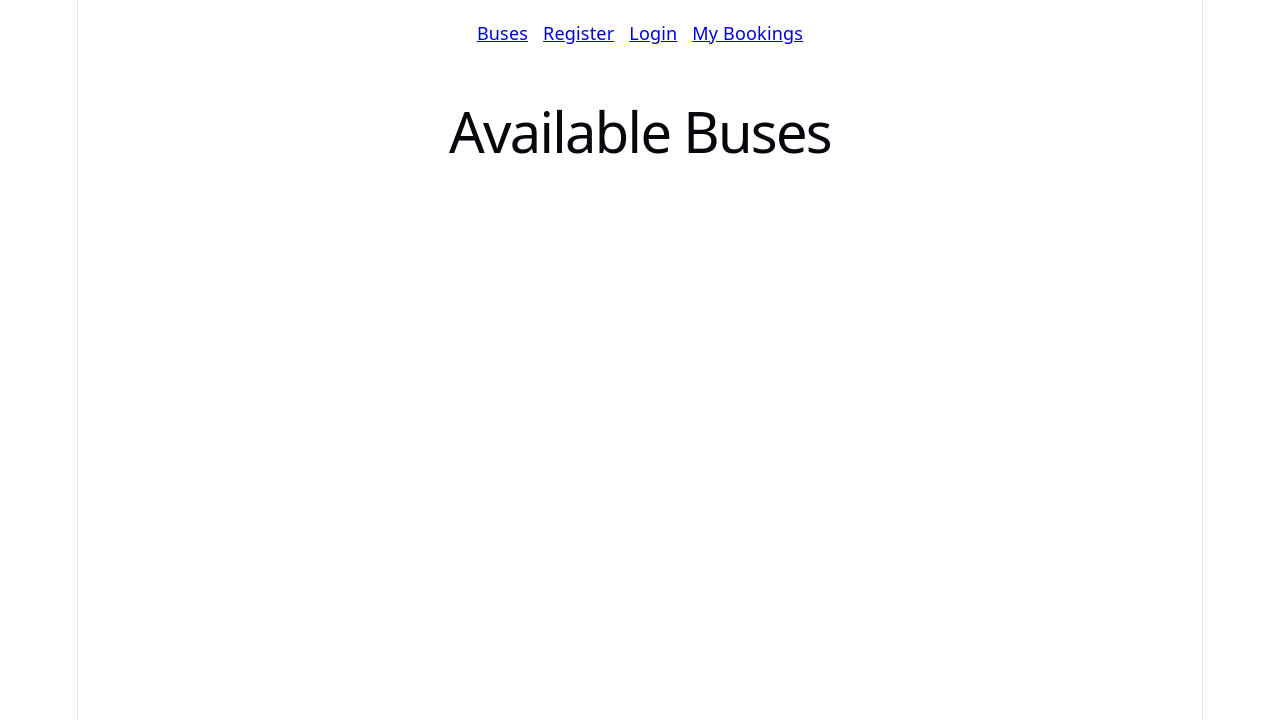
Repository: Eswarabhinay06/Bus-Reservation-System
Page: / (app in AIML-09-Bus-Reservation-System-main/bus-reservation-frontend/)
The author's editor kept a copy of each file at every save. The page is drawn from the files as they stood at one save, then again after the next save.
The browser window is 1280 px wide. The pictures show the whole page.
The page's requests for data from a server got no answer. The project was rebuilt for these pictures with package versions that can differ from the ones it lists, and the page was loaded fresh each time. No one was signed in, and anything a server would have sent is missing. Also part of the build but not shown: AIML-09-Bus-Reservation-System-main/bus-reservation-frontend/vite.config.js, AIML-09-Bus-Reservation-System-main/bus-reservation-frontend/src/pages/Register.jsx, AIML-09-Bus-Reservation-System-main/bus-reservation-frontend/src/pages/Login.jsx, AIML-09-Bus-Reservation-System-main/bus-reservation-frontend/src/pages/MyBookings.jsx.

Above is the page before, as saved 2026-07-13 14:39:38.

### AIML-09-Bus-Reservation-System-main/bus-reservation-frontend/index.html
<!doctype html>
<html lang="en">
  <head>
    <meta charset="UTF-8" />
    <link rel="icon" type="image/svg+xml" href="/favicon.svg" />
    <meta name="viewport" content="width=device-width, initial-scale=1.0" />
    <title>bus-reservation-frontend</title>
  </head>
  <body>
    <div id="root"></div>
    <script type="module" src="/src/main.jsx"></script>
  </body>
</html>

### AIML-09-Bus-Reservation-System-main/bus-reservation-frontend/src/index.css
:root {
  --text: #6b6375;
  --text-h: #08060d;
  --bg: #fff;
  --border: #e5e4e7;
  --code-bg: #f4f3ec;
  --accent: #aa3bff;
  --accent-bg: rgba(170, 59, 255, 0.1);
  --accent-border: rgba(170, 59, 255, 0.5);
  --social-bg: rgba(244, 243, 236, 0.5);
  --shadow:
    rgba(0, 0, 0, 0.1) 0 10px 15px -3px, rgba(0, 0, 0, 0.05) 0 4px 6px -2px;

  --sans: system-ui, 'Segoe UI', Roboto, sans-serif;
  --heading: system-ui, 'Segoe UI', Roboto, sans-serif;
  --mono: ui-monospace, Consolas, monospace;

  font: 18px/145% var(--sans);
  letter-spacing: 0.18px;
  color-scheme: light dark;
  color: var(--text);
  background: var(--bg);
  font-synthesis: none;
  text-rendering: optimizeLegibility;
  -webkit-font-smoothing: antialiased;
  -moz-osx-font-smoothing: grayscale;

  @media (max-width: 1024px) {
    font-size: 16px;
  }
}

@media (prefers-color-scheme: dark) {
  :root {
    --text: #9ca3af;
    --text-h: #f3f4f6;
    --bg: #16171d;
    --border: #2e303a;
    --code-bg: #1f2028;
    --accent: #c084fc;
    --accent-bg: rgba(192, 132, 252, 0.15);
    --accent-border: rgba(192, 132, 252, 0.5);
    --social-bg: rgba(47, 48, 58, 0.5);
    --shadow:
      rgba(0, 0, 0, 0.4) 0 10px 15px -3px, rgba(0, 0, 0, 0.25) 0 4px 6px -2px;
  }

  #social .button-icon {
    filter: invert(1) brightness(2);
  }
}

body {
  margin: 0;
}

#root {
  width: 1126px;
  max-width: 100%;
  margin: 0 auto;
  text-align: center;
  border-inline: 1px solid var(--border);
  min-height: 100svh;
  display: flex;
  flex-direction: column;
  box-sizing: border-box;
}

h1,
h2 {
  font-family: var(--heading);
  font-weight: 500;
  color: var(--text-h);
}

h1 {
  font-size: 56px;
  letter-spacing: -1.68px;
  margin: 32px 0;
  @media (max-width: 1024px) {
    font-size: 36px;
    margin: 20px 0;
  }
}
h2 {
  font-size: 24px;
  line-height: 118%;
  letter-spacing: -0.24px;
  margin: 0 0 8px;
  @media (max-width: 1024px) {
    font-size: 20px;
  }
}
p {
  margin: 0;
}

code,
.counter {
  font-family: var(--mono);
  display: inline-flex;
  border-radius: 4px;
  color: var(--text-h);
}

code {
  font-size: 15px;
  line-height: 135%;
  padding: 4px 8px;
  background: var(--code-bg);
}

### AIML-09-Bus-Reservation-System-main/bus-reservation-frontend/src/App.jsx
import { BrowserRouter, Routes, Route, Link } from "react-router-dom";
import SearchBus from "./pages/SearchBus";
import Register from "./pages/Register";
import Login from "./pages/Login";
import MyBookings from "./pages/MyBookings";

function App() {
  return (
    <BrowserRouter>
      <div style={{ padding: "20px" }}>
        <nav style={{ marginBottom: "20px" }}>
          <Link to="/" style={{ marginRight: "15px" }}>Buses</Link>
          <Link to="/register" style={{ marginRight: "15px" }}>Register</Link>
          <Link to="/login" style={{ marginRight: "15px" }}>Login</Link>
          <Link to="/my-bookings">My Bookings</Link>
        </nav>

        <Routes>
          <Route path="/" element={<SearchBus />} />
          <Route path="/register" element={<Register />} />
          <Route path="/login" element={<Login />} />
          <Route path="/my-bookings" element={<MyBookings />} />
        </Routes>
      </div>
    </BrowserRouter>
  );
}

export default App;

### AIML-09-Bus-Reservation-System-main/bus-reservation-frontend/src/pages/SearchBus.jsx
import { useEffect, useState } from "react";
import api from "../services/api";

function SearchBus() {
  const [buses, setBuses] = useState([]);

  // Fetch all buses
  const fetchBuses = async () => {
    try {
      const response = await api.get("/buses");
      setBuses(response.data);
    } catch (error) {
      console.error(error);
      alert("Failed to fetch buses");
    }
  };

  // Load buses when page opens
  useEffect(() => {
    fetchBuses();
  }, []);

  // Book a ticket
  const bookTicket = async (busId) => {
    const user = JSON.parse(localStorage.getItem("user"));

    if (!user) {
      alert("Please login first!");
      return;
    }

    try {
      await api.post("/bookings", {
        userId: user.id,
        busId: busId,
        seatCount: 1,
      });

      alert("Ticket booked successfully!");
      fetchBuses(); // Refresh buses after booking
    } catch (error) {
      console.error(error);
      alert("Booking failed");
    }
  };

  return (
    <div style={{ padding: "20px" }}>
      <h1 style={{ textAlign: "center" }}>Available Buses</h1>

      {buses.map((bus) => (
        <div
          key={bus.id}
          style={{
            border: "1px solid #ccc",
            padding: "20px",
            marginBottom: "20px",
            borderRadius: "10px",
          }}
        >
          <h2>{bus.busName}</h2>

          <p><b>Bus Number:</b> {bus.busNumber}</p>
          <p><b>Route:</b> {bus.source} → {bus.destination}</p>
          <p><b>Departure:</b> {bus.departureTime}</p>
          <p><b>Arrival:</b> {bus.arrivalTime}</p>
          <p><b>Fare:</b> ₹{bus.fare}</p>
          <p><b>Available Seats:</b> {bus.availableSeats}</p>

          <button
            onClick={() => bookTicket(bus.id)}
            disabled={bus.availableSeats <= 0}
            style={{ padding: "10px 20px", cursor: "pointer" }}
          >
            {bus.availableSeats > 0 ? "Book Ticket" : "Sold Out"}
          </button>
        </div>
      ))}
    </div>
  );
}

export default SearchBus;

### AIML-09-Bus-Reservation-System-main/bus-reservation-frontend/src/services/api.js
import axios from "axios";

const api = axios.create({
  baseURL: "http://localhost:9090/api",
});

export default api;

Loaded but not shown: AIML-09-Bus-Reservation-System-main/bus-reservation-frontend/src/main.jsx (common file)

After the next save:
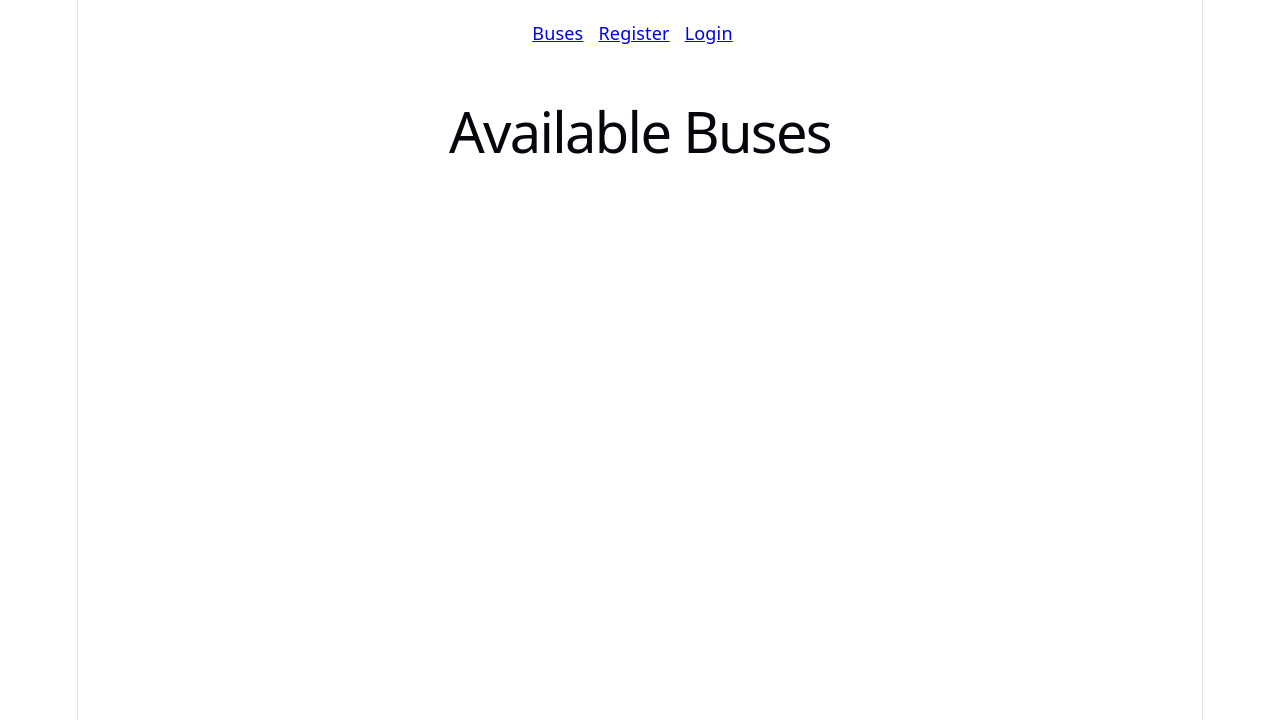
Saved 8 min 53 s later.
--- a/AIML-09-Bus-Reservation-System-main/bus-reservation-frontend/src/App.jsx
+++ b/AIML-09-Bus-Reservation-System-main/bus-reservation-frontend/src/App.jsx
@@ -1,19 +1,46 @@
-import { BrowserRouter, Routes, Route, Link } from "react-router-dom";
+import { BrowserRouter, Routes, Route, Link, useNavigate } from "react-router-dom";
 import SearchBus from "./pages/SearchBus";
 import Register from "./pages/Register";
 import Login from "./pages/Login";
 import MyBookings from "./pages/MyBookings";
 
+function Navbar() {
+  const navigate = useNavigate();
+  const user = JSON.parse(localStorage.getItem("user"));
+
+  const logout = () => {
+    localStorage.removeItem("user");
+    alert("Logged out successfully!");
+    navigate("/login");
+  };
+
+  return (
+    <nav style={{ marginBottom: "20px" }}>
+      <Link to="/" style={{ marginRight: "15px" }}>Buses</Link>
+
+      {!user && (
+        <>
+          <Link to="/register" style={{ marginRight: "15px" }}>Register</Link>
+          <Link to="/login" style={{ marginRight: "15px" }}>Login</Link>
+        </>
+      )}
+
+      {user && (
+        <>
+          <Link to="/my-bookings" style={{ marginRight: "15px" }}>My Bookings</Link>
+          <span style={{ marginRight: "15px" }}>Hi, {user.name}</span>
+          <button onClick={logout}>Logout</button>
+        </>
+      )}
+    </nav>
+  );
+}
+
 function App() {
   return (
     <BrowserRouter>
       <div style={{ padding: "20px" }}>
-        <nav style={{ marginBottom: "20px" }}>
-          <Link to="/" style={{ marginRight: "15px" }}>Buses</Link>
-          <Link to="/register" style={{ marginRight: "15px" }}>Register</Link>
-          <Link to="/login" style={{ marginRight: "15px" }}>Login</Link>
-          <Link to="/my-bookings">My Bookings</Link>
-        </nav>
+        <Navbar />
 
         <Routes>
           <Route path="/" element={<SearchBus />} />
